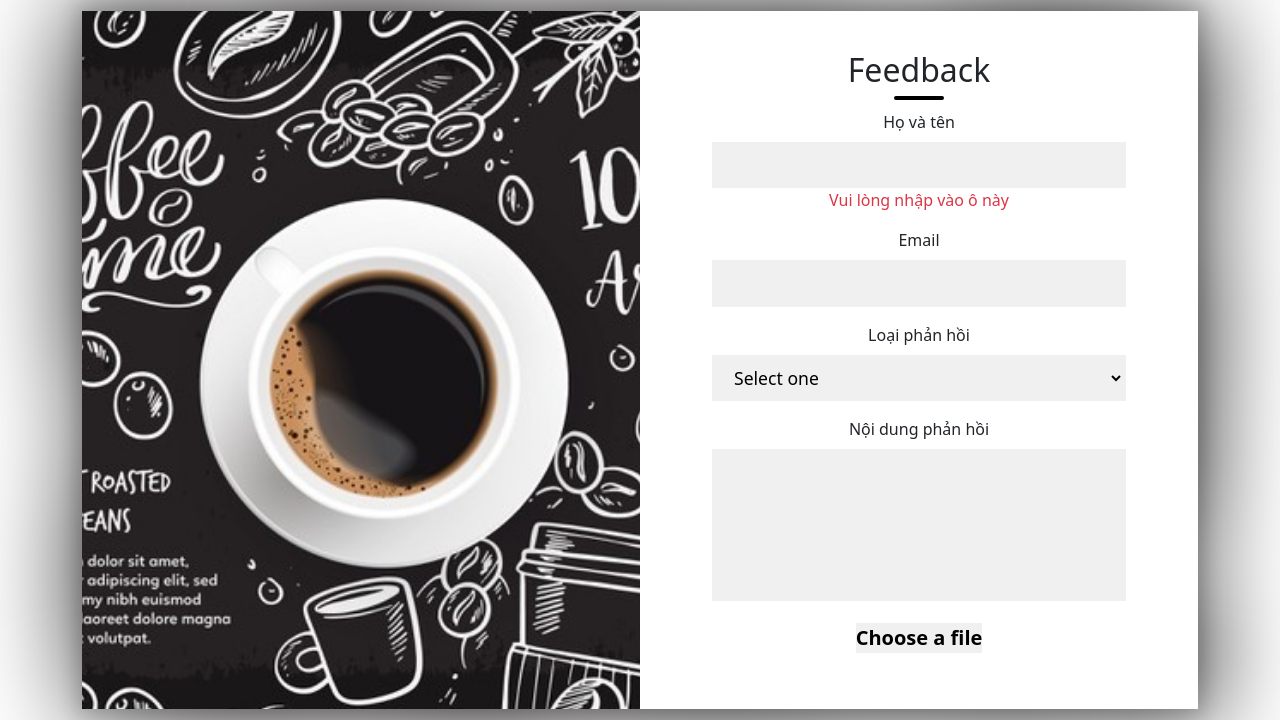
Repository: LeDongGyC/html-css
Page: HTML CSS/prototype/index.html
The author's editor kept a copy of each file at every save. The page is drawn from the files as they stood at one save, then again after a run of saves.
The browser window is 1280 px wide. The pictures show the whole page.
The style sheet was rebuilt from its Sass, Less or Tailwind sources for each picture, by a compiler version that may differ from the author's.

Above is the page before, as saved 2023-05-24 10:28:24.

After the next 2 saves:
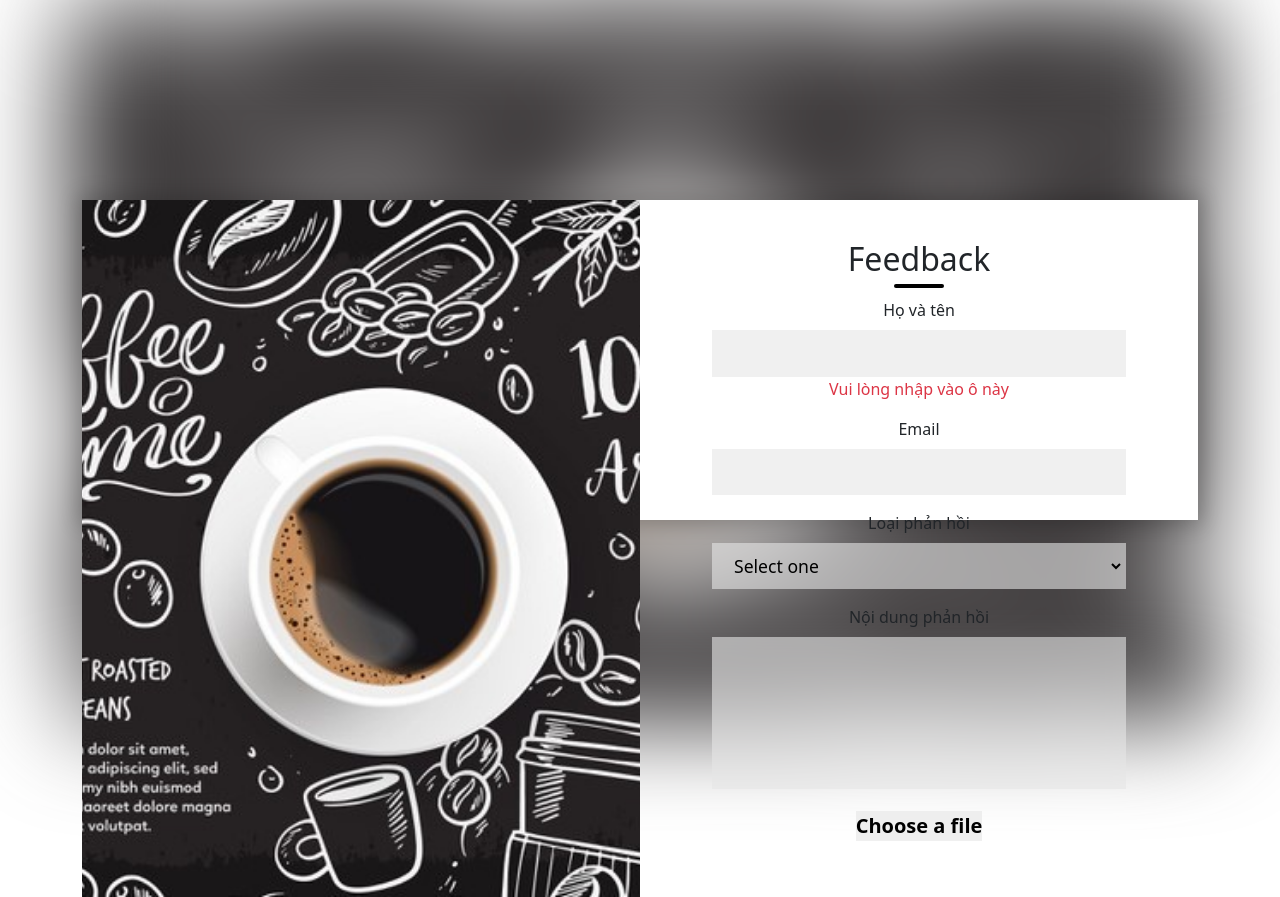
The 2 saves are shown as one change because they came seconds apart.
The last was saved 10 s later.
--- a/HTML CSS/prototype/style.scss
+++ b/HTML CSS/prototype/style.scss
@@ -33,8 +33,8 @@
   }
 }
 .feedback-box {
-  max-width: 850rem;
-  max-height: 50rem;
+  max-width: 85rem;
+  max-height: 20rem;
   // min-width: 70vw;
   display: grid;
   grid-template-columns: repeat(2, 1fr);
